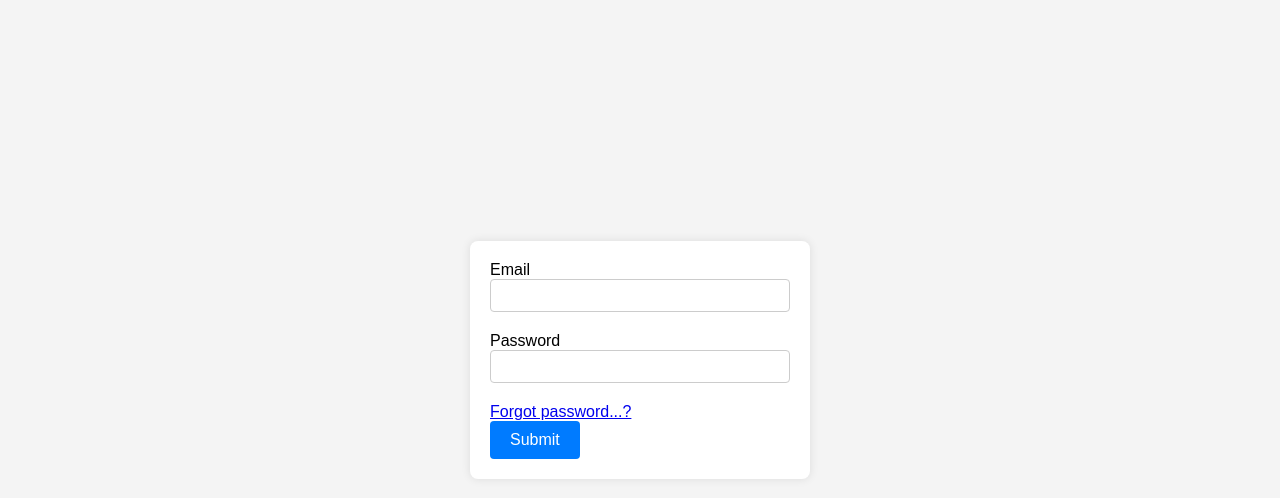
Repository: Ndifoinhilary/authentication
Page: http://localhost/auth/login/
The author's editor kept a copy of each file at every save. The page is drawn from the files as they stood at one save, then again after the next save.
The browser window is 1280 px wide. The pictures show the whole page.
The page is served by the project's application, run on Django 3.2 (manage.py).

Above is the page before, as saved 2024-01-05 19:15:58.

After the next save:
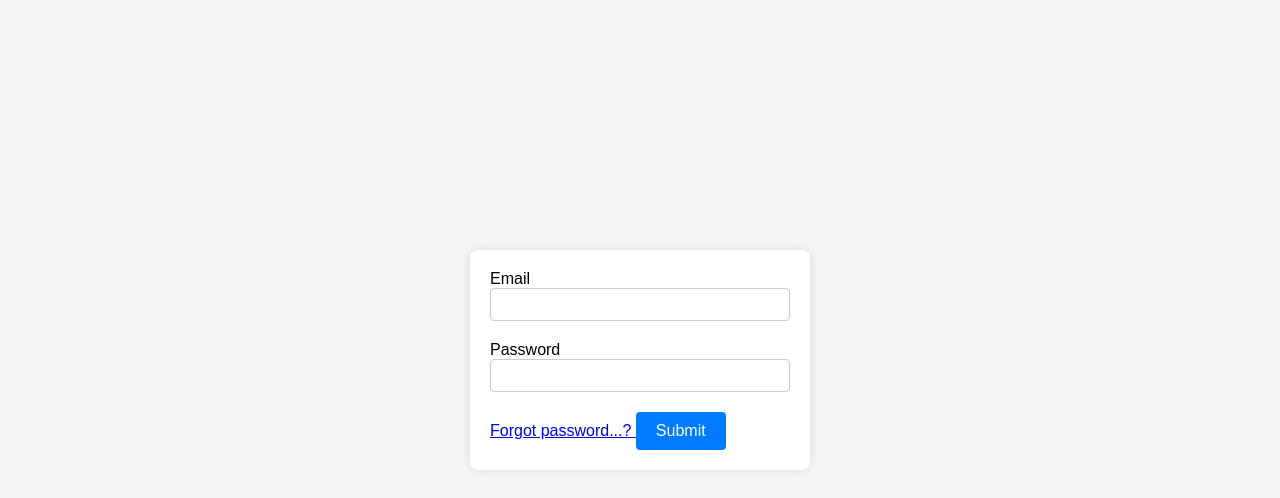
Saved 23 s later.
--- a/Auth/templates/login.html
+++ b/Auth/templates/login.html
@@ -60,8 +60,7 @@
             background-color: #0056b3;
         }
         a{
-            display:block;
-            clear:both;
+            margin-bottom: 3px;
         }
     </style>
 </head>
